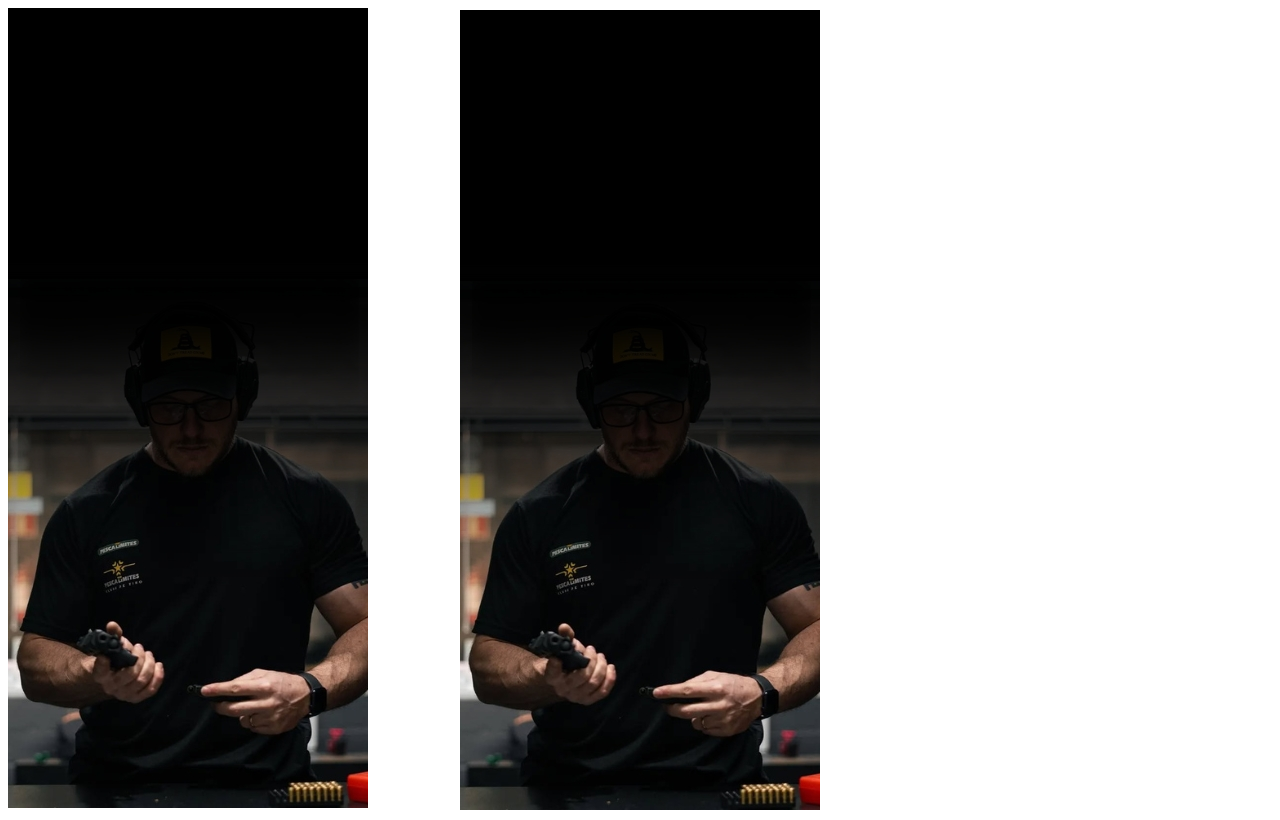
Repository: Fr4nc021/LinkPages-PescasemLimites
Page: index.html
An editor plug-in stored every save of this project. The page is shown before and after the next save, followed by the edit.
The browser window is 1280 px wide. The pictures show the whole page.

Above is the page before, as saved 2025-02-27 21:01:11.

### index.html
<!DOCTYPE html>
<html lang="pt-br">
<head>
    <link rel="stylesheet" href="style.css">
    <meta charset="UTF-8">
    <meta name="viewport" content="width=device-width, initial-scale=1.0">
    <title>LinkPage</title>
</head>
<body>
    <img src="midia/Foto_fundo_mobile.jpg" alt="imagem de um homem com uma arma na mão">
</body>
</html>

### style.css
body {
    background-image: url(./midia/Foto_fundo_mobile.jpg);
    background-repeat: no-repeat;
    background-position: center;
}

After the next save:
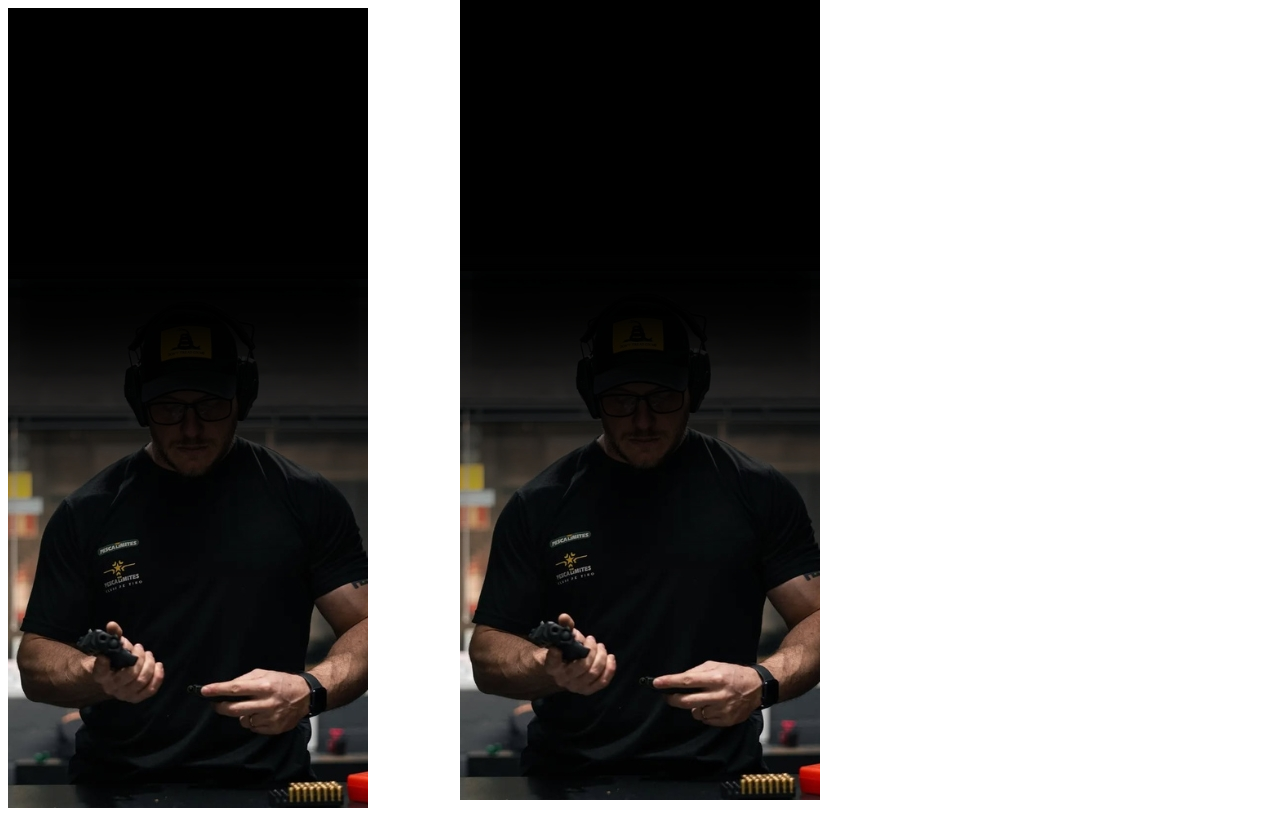
Saved 51 s later.
--- a/style.css
+++ b/style.css
@@ -1,5 +1,5 @@
 body {
     background-image: url(./midia/Foto_fundo_mobile.jpg);
     background-repeat: no-repeat;
-    background-position: center;
+    background-position:top center;
 }
